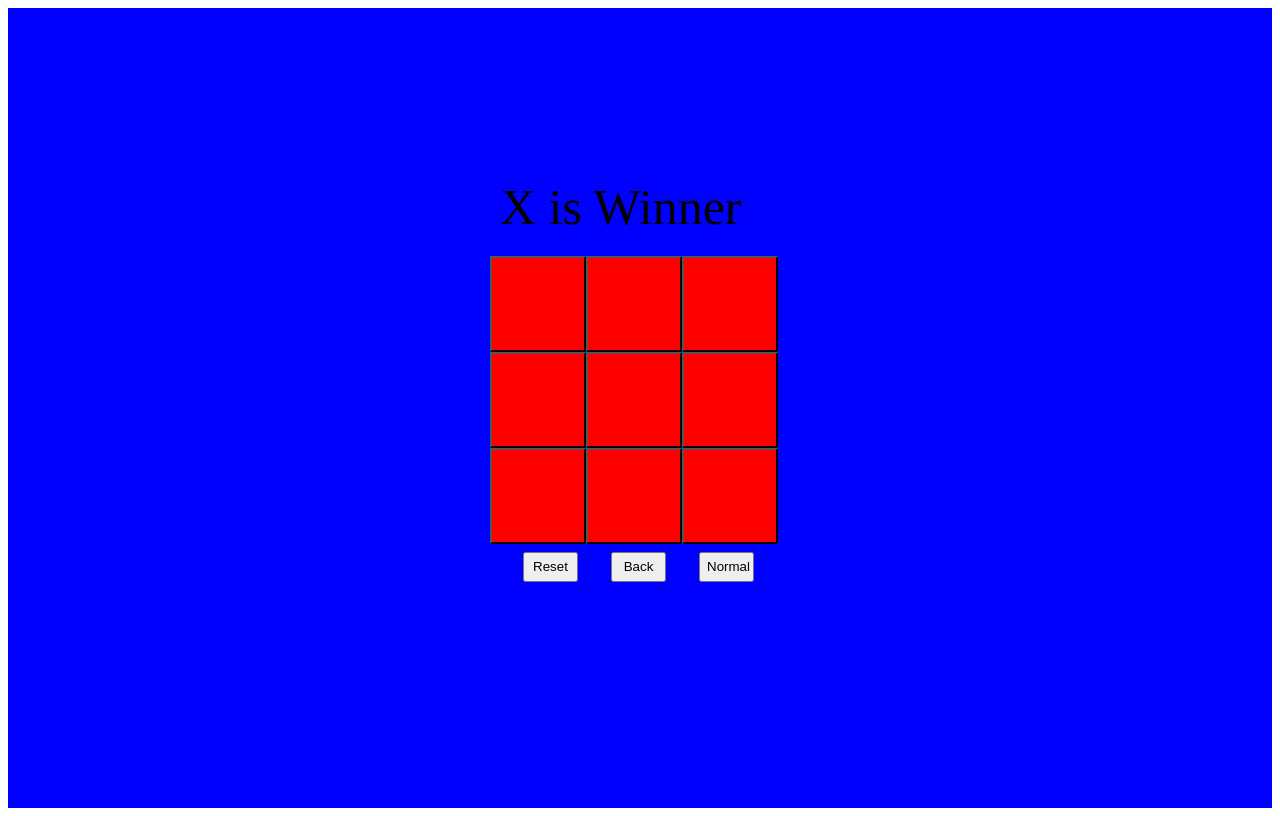
Repository: Mush-s/Folio-OX
Page: /
The author's editor kept a copy of each file at every save. The page is drawn from the files as they stood at one save, then again after the next save.
The browser window is 1280 px wide. The pictures show the whole page.
The project was rebuilt for these pictures with package versions that can differ from the ones it lists, and the page was loaded fresh each time.

Above is the page before, as saved 2022-09-02 11:42:09.

### src/index.js
import { createRoot } from "react-dom/client";
import App from "./App";
const container = document.getElementById("root");
const root = createRoot(container);
root.render(<App />);

### src/App.js
import "./App.css";
import Game from "./Game/Game";

const App = () => {
  return (
    <div className="app">
      <Game />
    </div>
  );
};

export default App;

### src/App.css
.app {
  position: relative;
  height: 50em;
  background-color: blue;
}

### src/Game/Game.js
import { useEffect, useState } from "react";
import Cell from "./Cell";
import { Pattern } from "../Patterns/Pattern";
import GameOver from "../GameOver/GameOver";

import "./Game.css";

const Game = () => {
  const [player, setPlayer] = useState("O");
  const [countDown, setCountDown] = useState(8);
  const [gameOver, setGameOver] = useState(false);
  const [result, setResult] = useState();
  const [mode, setMode] = useState("Normal");
  const [time, setTime] = useState(5);

  const [cellValues, setCellValues] = useState([
    "",
    "",
    "",
    "",
    "",
    "",
    "",
    "",
    "",
  ]);

  useEffect(() => {
    checkWin();
  });

  let timer;
  const updataCount = () => {
    timer = setInterval(() => {
      setTime((preC) => preC - 1);
    }, 1000);

    if (time === 0) {
      clearInterval(timer);
      if (player === "O") {
        setResult("X is Winner");
        setGameOver(true);
      }
      if (player === "X") {
        setResult("O is Winner");
        setGameOver(true);
      }
    }
  };

  useEffect(() => {
    updataCount();
    console.log(time);
    return () => clearInterval(timer);
  });

  useEffect(() => {
    setTime(5);
  }, [player]);

  const isCellEmpty = (index) => cellValues[index] === "";

  //Cell Clicked ここから

  const clickHandler = (index) => {
    if (isCellEmpty(index)) {
      setCountDown(countDown - 1);
      const newCellValues = [...cellValues];
      newCellValues[index] = player;
      setCellValues(newCellValues);

      if (player === "O") {
        setPlayer("X");
      } else {
        setPlayer("O");
      }

      if (countDown === 0) {
        setGameOver(true);
        setResult("引き分けです");
      }
      // Repaint mode 処理
    } else {
      if (mode === "Repaint") {
        setCountDown(countDown - 1);
        const newCellValues = [...cellValues];
        newCellValues[index] = player;
        setCellValues(newCellValues);

        if (player === "O") {
          setPlayer("X");
        } else {
          setPlayer("O");
        }
      }
      setMode("Normal");
    }
  };

  //Reset Button ここから

  const resetHandler = () => {
    setPlayer("O");
    setCountDown(8);
    setCellValues(["", "", "", "", "", "", "", "", ""]);
    setResult();
  };

  //Back button ここから

  const backHandler = () => {
    // setCountDown(countDown + 1);
    // const backedValues = [...cellValues]
    // setCellValues(backedValues)
    // if (player === "O") {
    //   setPlayer("X");
    // } else {
    //   setPlayer("O");
    // }
  };

  //Change button ここから

  const ChangeHandler = () => {
    if (mode === "Normal") {
      setMode("Repaint");
    }
    if (mode === "Repaint") {
      setMode("Normal");
    }
  };
  //勝ち負け判定

  const checkWin = () => {
    Pattern.forEach((currPa) => {
      const firstPlayer = cellValues[currPa[0]];
      if (firstPlayer === "") return;
      console.log(cellValues[currPa[0]]);
      let foundWiiningPattern = true;
      currPa.forEach((i) => {
        if (cellValues[i] !== firstPlayer) {
          foundWiiningPattern = false;
        }
      });

      if (foundWiiningPattern) {
        if (player === "O") {
          setResult("X is Winner");
          setGameOver(true);
        } else {
          setResult("O is Winner");
          setGameOver(true);
        }
      }
    });
  };
  return (
    <div className="game">
      <div className="result">{result}</div>
      {!gameOver && <div className="turn">{player}'s Turn</div>}
      {!gameOver && <p className="timer">You have {time} seconds</p>}
      {cellValues.map((value, index) => (
        <Cell key={index} value={value} onClick={() => clickHandler(index)} />
      ))}
      <GameOver
        mode={mode}
        onClick={resetHandler}
        onBack={backHandler}
        onChange={ChangeHandler}
      />
    </div>
  );
};

export default Game;

### src/Game/Cell.js
import "./Cell.css";

const Cell = (props) => {
  return (
    <div className="cell flat border">
      <button onClick={props.onClick}>{props.value}</button>
    </div>
  );
};

export default Cell;

### src/Patterns/Pattern.js
export const Pattern = [
  [0, 1, 2],
  [3, 4, 5],
  [6, 7, 8],
  [0, 3, 6],
  [1, 4, 7],
  [2, 5, 8],
  [0, 4, 8],
  [2, 4, 6],
];

### src/GameOver/GameOver.js
import "./GameOver.css";

const GameOver = (props) => {
  return (
    <div className="gameover">
      <button onClick={props.onClick}>Reset</button>
      <button onClick={props.onBack}>Back</button>
      <button className="changeMode" onClick={props.onChange}>
        {props.mode}
      </button>
    </div>
  );
};

export default GameOver;

### src/Game/Game.css
.game {
  position: absolute;
  top: 40%;
  left: 50%;
  margin-right: -50%;
  transform: translate(-50%, -50%);
  height: 300px;
  width: 300px;
  display: flex;
  flex-wrap: wrap;
}

.game .result {
  font-size: 50px;
  margin-bottom: 20px;
margin-left:10px;
}

.game .timer {
  font-size: 30px;
  margin-bottom: 15px;
}

.game .turn {
  font-size: 30px;
}

### src/Game/Cell.css
.cell {
    height: 32%;
    width: 32%;
}
.cell button{
  width:100%;
  height:100%;
  color:aqua;
  background-color: red;
}


  .flat.border:hover {
    background: #ff9300;
    color: #fff;
  }
  .flat.border:active, .flat.border:focus {
    top: 2px;
  }

### src/GameOver/GameOver.css
.gameover {
  text-align: center;
  font-size: 30px;
}

.gameover button {
  width: 55px;
  height: 30px;
  margin-left: 33px;
}

Loaded but not shown: public/index.html (common file)

After the next save:
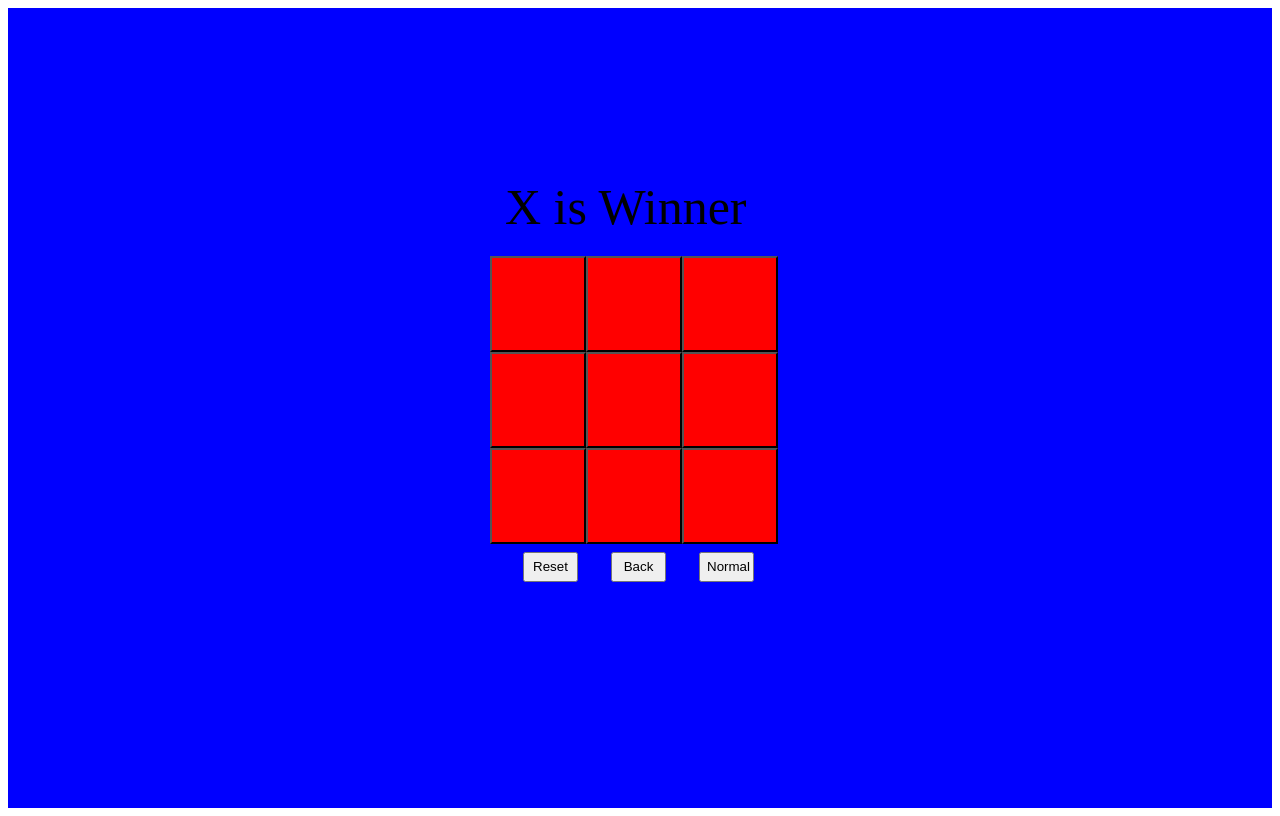
Saved 5 s later.
--- a/src/Game/Game.css
+++ b/src/Game/Game.css
@@ -13,7 +13,7 @@
 .game .result {
   font-size: 50px;
   margin-bottom: 20px;
-margin-left:10px;
+margin-left:15px;
 }
 
 .game .timer {
